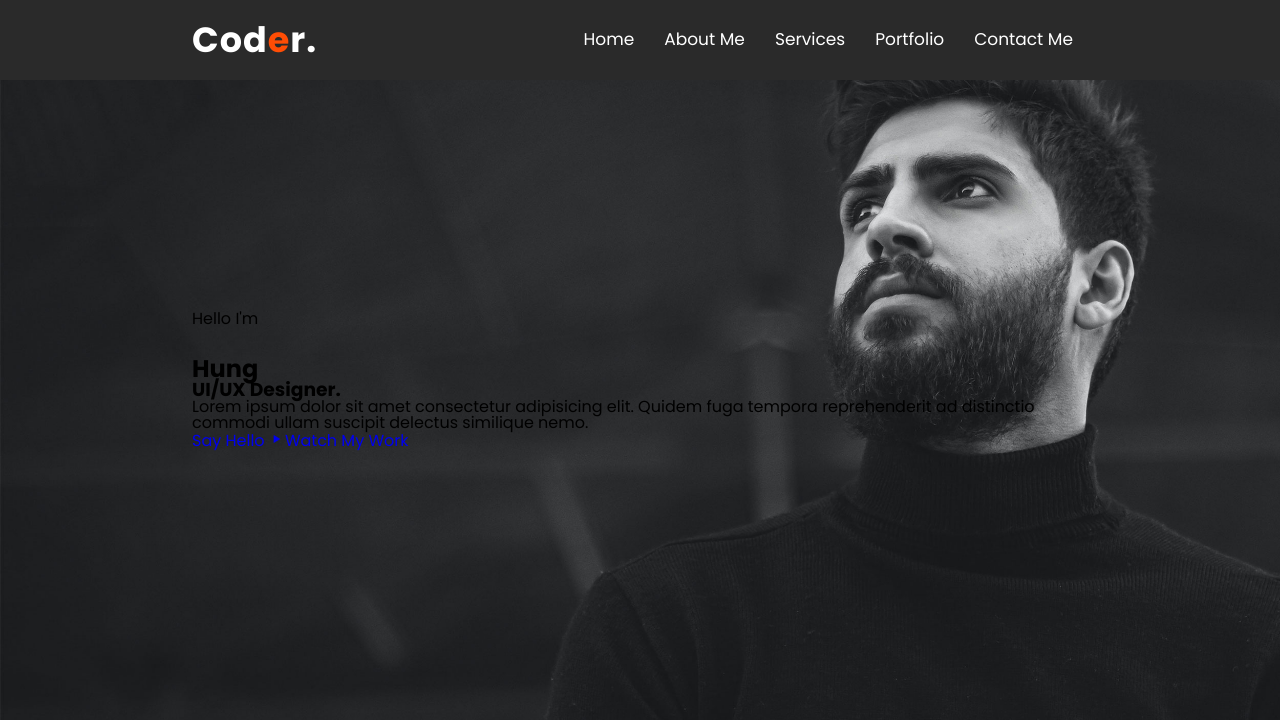
Repository: HungNg99/Protifolio2
Page: Portfolio/index.html
An editor plug-in stored every save of this project. The page is shown before and after the next save, followed by the edit.
The browser window is 1280 px wide. The pictures show the whole page.

Above is the page before, as saved 2022-12-09 09:47:37.

### Portfolio/index.html
<!DOCTYPE html>
<html lang="en">

<head>
    <meta charset="UTF-8">
    <meta http-equiv="X-UA-Compatible" content="IE=edge">
    <meta name="viewport" content="width=device-width, initial-scale=1.0">
    <title>Portfolio</title>
    <link rel="stylesheet" href="./reset.css">
    <link rel="stylesheet" href="./style.css">
    <link rel="stylesheet" href="https://cdnjs.cloudflare.com/ajax/libs/font-awesome/6.2.1/css/all.min.css"
        integrity="sha512-MV7K8+y+gLIBoVD59lQIYicR65iaqukzvf/nwasF0nqhPay5w/9lJmVM2hMDcnK1OnMGCdVK+iQrJ7lzPJQd1w=="
        crossorigin="anonymous" referrerpolicy="no-referrer" />

        <link rel="stylesheet"
        href="https://unpkg.com/boxicons@latest/css/boxicons.min.css">

    <link
        href="https://fonts.googleapis.com/css2?family=Montserrat:wght@800&family=Poppins:ital,wght@0,300;0,400;0,600;0,700;1,600&family=Roboto:wght@300;500&display=swap"
        rel="stylesheet">
</head>

<body>
    <!-- header design-->
    <header>
        <a href="#" class="logo">Cod<span>e</span>r.</a>
        <ul class="nav-list">
            <li><a href="#home" class="nav-link">
                    Home
                </a></li>
            <li><a href="#about" class="nav-link">
                    About Me
                </a></li>
            <li><a href="#services" class="nav-link">
                    Services
                </a></li>
            <li><a href="#portfolio" class="nav-link">
                    Portfolio
                </a></li>
            <li><a href="#contact" class="nav-link">
                    Contact Me
                </a></li>
        </ul>

        <div class="bx bx-menu" id="menu-icon">
        </div>
    </header>

    <!-- home section design -->
    <section class="home" id="home">
       <div class="home-text">
        <div class="slide">
            <span class="one">Hello</span>
            <span class="two">I'm</span>
        </div>
        <h1>Hung</h1>
        <h3>UI/UX <span>Designer.</span> </h3>
        <p>Lorem ipsum dolor sit amet consectetur adipisicing elit. Quidem fuga tempora reprehenderit ad distinctio commodi ullam suscipit delectus similique nemo.</p>
        <div class="button">
            <a href="#" class="btn">Say Hello</a>
            <a href="#" class="btn2"><span><i class='bx bx-play'></i>Watch My Work</span></a>
        </div>
       </div>
    </section>
    <script src="./scripts.js"></script>
</body>

</html>

### Portfolio/reset.css
html {
    box-sizing: border-box;
  }
  * {
    margin: 0;
    padding: 0;
  }
  *,
  *:before,
  *:after {
    box-sizing: border-box;
  }
  input,
  textarea,
  select,
  button {
    outline: none;
  }
  input {
    line-height: normal;
  }
  label,
  button {
    cursor: pointer;
  }
  a {
    text-decoration: none;
  }
  img {
    display: block;
    max-width: 100%;
  }
  *,
  *:before,
  *:after {
    box-sizing: border-box;
  }
  /* using rem unit */
  html {
    font-size: 62.5%;
  }
  a {
    text-decoration: none;
  }
  img {
    display: block;
    max-width: 100%;
  }
  body {
    font-family: "Poppins", sans-serif;
    font-size: 16px;
    line-height: 1;
    list-style: none;
    scroll-behavior: smooth;
    /* height: 200vh; */
  }

### Portfolio/style.css
:root{
    --bg-color: #2a2a2a;
    --second-bg-color: #202020;
    --text-color: #fff;
    --second-color:#ccc;
    --main-color: #ff4d05;
    --big-color: 5rem;
    --h2-font: 3rem;
    --p-font: 1.1rem;
}
header{
    position: fixed;
    width: 100%;
    top: 0;
    right: 0;
    z-index: 1000;
    align-items: center;
    justify-content: space-between;
    background: var(--bg-color);
    padding: 22px 15%;
    border-bottom: 1px solid transparent ;
    transition: all 0.45s ease;
    display: flex;
    justify-content: space-between;
    align-items: center;
}
.logo{
    color: var(--text-color);
    font-size:35px;
    font-weight: 700;
    letter-spacing: 1px;
}
.logo span{
    color: var(--main-color);
}
.nav-list{
    display:flex;
    list-style: none;
}
.nav-list .nav-link{
    color: var(--text-color);
    margin: 0 15px;
    font-size: 17px;
    font-weight: 500;
    transition: all 0.45s ease;
}
.nav-list .nav-link:hover{
    color: var(--main-color);
}
.nav-list .nav-link.active{
    color: var(--main-color);
}
#menu-icon{
  color: var(--text-color);
  font-size: 35px;
  z-index: 10001;
  cursor: pointer;
  margin-left: 25px;
  display:none;

}
section{
  padding: 160px 15% 120px;
}
.home{
 position: relative;
 background-image: url(./img/background.jpg);
 background-repeat: no-repeat;
 background-position: center;
 background-size: cover;
 height: 100vh;
 width: 100%;
 display: flex;
 align-items: center;
 justify-content: flex-start;
}
.slide{
    margin-bottom: 30px;
}
.one{
    display: inline-block;
}

Loaded but not shown: Portfolio/scripts.js (no copy from this time; the picture is the same without it)

After the next save:
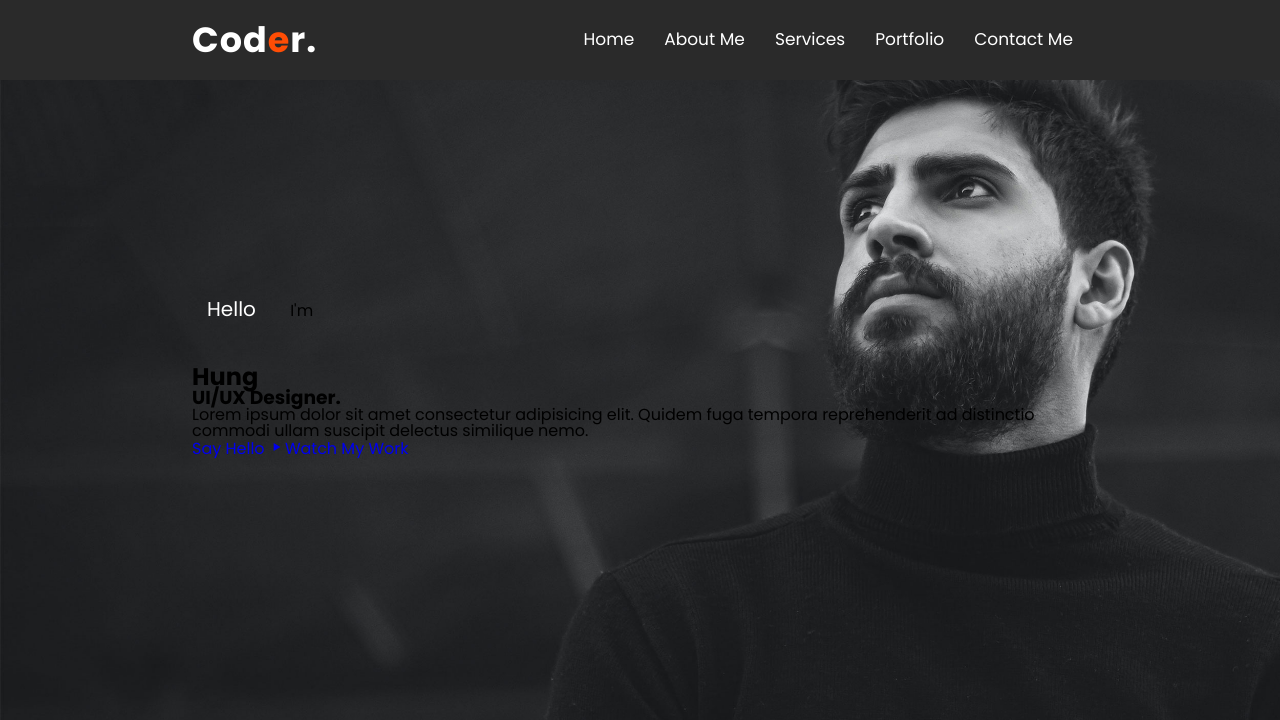
Saved 2 min 38 s later.
--- a/Portfolio/style.css
+++ b/Portfolio/style.css
@@ -79,4 +79,12 @@ section{
 }
 .one{
     display: inline-block;
+    margin-right: 15px;
+    height: 32px;
+    padding: 0 15px;
+    line-height: 1.2rem;
+    font-size: 20px;
+    font-weight: 500;
+    background-color:(--main-color);
+    color: var(--text-color);
 }
